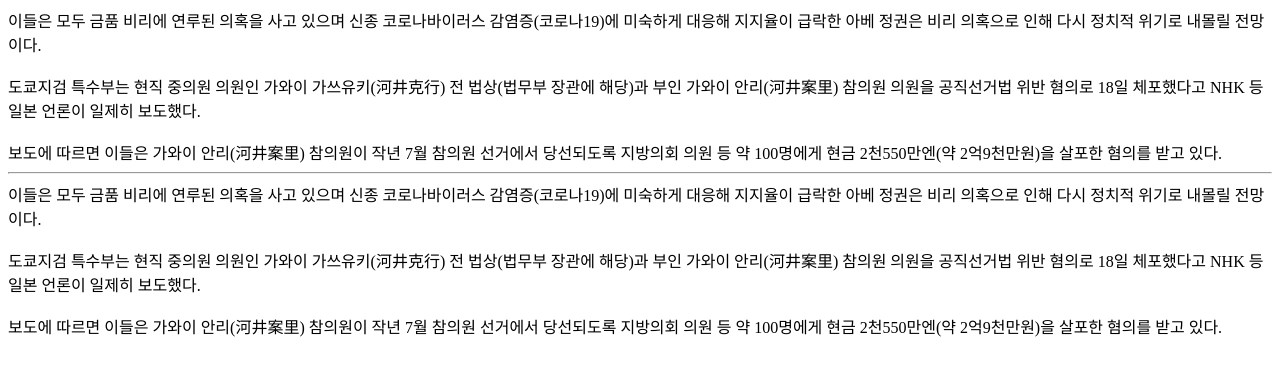
Repository: ssj5037/Class-Study
Page: [5] HTML, CSS, JavaScript/ClientTest/WebContent/Ex06_p.html
The author's editor kept a copy of each file at every save. The page is drawn from the files as they stood at one save, then again after the next save.
The browser window is 1280 px wide. The pictures show the whole page.

Above is the page before, as saved 2020-06-18 08:12:40.

### [5] HTML, CSS, JavaScript/ClientTest/WebContent/Ex06_p.html
<!DOCTYPE html>
<html>
<head>
<meta charset="UTF-8">
<title>Insert title here</title>
</head>
<body>
	<!--

		Ex06_p.html

		<p> 태그
		- 문단 태그
		- 텍스트 집합 생성


	-->


이들은 모두 금품 비리에 연루된 의혹을 사고 있으며 신종 코로나바이러스 감염증(코로나19)에 미숙하게 대응해
지지율이 급락한 아베 정권은 비리 의혹으로 인해 다시 정치적 위기로 내몰릴 전망이다.
<br><br>

도쿄지검 특수부는 현직 중의원 의원인 가와이 가쓰유키(河井克行) 전 법상(법무부 장관에 해당)과
부인 가와이 안리(河井案里) 참의원 의원을 공직선거법 위반 혐의로 18일 체포했다고 NHK 등 일본 언론이 일제히 보도했다.
<br><br>

보도에 따르면 이들은 가와이 안리(河井案里) 참의원이 작년 7월 참의원 선거에서 당선되도록 지방의회 의원 등
약 100명에게 현금 2천550만엔(약 2억9천만원)을 살포한 혐의를 받고 있다.

	<hr>

이들은 모두 금품 비리에 연루된 의혹을 사고 있으며 신종 코로나바이러스 감염증(코로나19)에 미숙하게 대응해
지지율이 급락한 아베 정권은 비리 의혹으로 인해 다시 정치적 위기로 내몰릴 전망이다.
<br><br>

도쿄지검 특수부는 현직 중의원 의원인 가와이 가쓰유키(河井克行) 전 법상(법무부 장관에 해당)과
부인 가와이 안리(河井案里) 참의원 의원을 공직선거법 위반 혐의로 18일 체포했다고 NHK 등 일본 언론이 일제히 보도했다.
<br><br>

보도에 따르면 이들은 가와이 안리(河井案里) 참의원이 작년 7월 참의원 선거에서 당선되도록 지방의회 의원 등
약 100명에게 현금 2천550만엔(약 2억9천만원)을 살포한 혐의를 받고 있다.

</body>
</html>

After the next save:
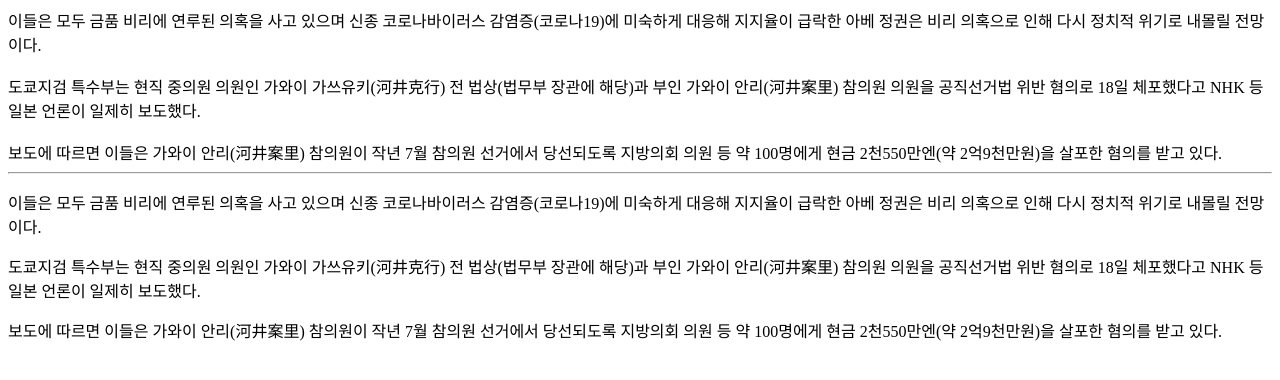
Saved 43 s later.
--- a/[5] HTML, CSS, JavaScript/ClientTest/WebContent/Ex06_p.html
+++ b/[5] HTML, CSS, JavaScript/ClientTest/WebContent/Ex06_p.html
@@ -17,29 +17,29 @@
 	-->
 
 
-이들은 모두 금품 비리에 연루된 의혹을 사고 있으며 신종 코로나바이러스 감염증(코로나19)에 미숙하게 대응해
-지지율이 급락한 아베 정권은 비리 의혹으로 인해 다시 정치적 위기로 내몰릴 전망이다.
-<br><br>
+	이들은 모두 금품 비리에 연루된 의혹을 사고 있으며 신종 코로나바이러스 감염증(코로나19)에 미숙하게 대응해
+	지지율이 급락한 아베 정권은 비리 의혹으로 인해 다시 정치적 위기로 내몰릴 전망이다.
+	<br><br>
 
-도쿄지검 특수부는 현직 중의원 의원인 가와이 가쓰유키(河井克行) 전 법상(법무부 장관에 해당)과
-부인 가와이 안리(河井案里) 참의원 의원을 공직선거법 위반 혐의로 18일 체포했다고 NHK 등 일본 언론이 일제히 보도했다.
-<br><br>
+	도쿄지검 특수부는 현직 중의원 의원인 가와이 가쓰유키(河井克行) 전 법상(법무부 장관에 해당)과
+	부인 가와이 안리(河井案里) 참의원 의원을 공직선거법 위반 혐의로 18일 체포했다고 NHK 등 일본 언론이 일제히 보도했다.
+	<br><br>
 
-보도에 따르면 이들은 가와이 안리(河井案里) 참의원이 작년 7월 참의원 선거에서 당선되도록 지방의회 의원 등
-약 100명에게 현금 2천550만엔(약 2억9천만원)을 살포한 혐의를 받고 있다.
+	보도에 따르면 이들은 가와이 안리(河井案里) 참의원이 작년 7월 참의원 선거에서 당선되도록 지방의회 의원 등
+	약 100명에게 현금 2천550만엔(약 2억9천만원)을 살포한 혐의를 받고 있다.
 
 	<hr>
 
-이들은 모두 금품 비리에 연루된 의혹을 사고 있으며 신종 코로나바이러스 감염증(코로나19)에 미숙하게 대응해
-지지율이 급락한 아베 정권은 비리 의혹으로 인해 다시 정치적 위기로 내몰릴 전망이다.
-<br><br>
+	<p>이들은 모두 금품 비리에 연루된 의혹을 사고 있으며 신종 코로나바이러스 감염증(코로나19)에 미숙하게 대응해
+	지지율이 급락한 아베 정권은 비리 의혹으로 인해 다시 정치적 위기로 내몰릴 전망이다.</p>
 
-도쿄지검 특수부는 현직 중의원 의원인 가와이 가쓰유키(河井克行) 전 법상(법무부 장관에 해당)과
-부인 가와이 안리(河井案里) 참의원 의원을 공직선거법 위반 혐의로 18일 체포했다고 NHK 등 일본 언론이 일제히 보도했다.
-<br><br>
 
-보도에 따르면 이들은 가와이 안리(河井案里) 참의원이 작년 7월 참의원 선거에서 당선되도록 지방의회 의원 등
-약 100명에게 현금 2천550만엔(약 2억9천만원)을 살포한 혐의를 받고 있다.
+	<p>도쿄지검 특수부는 현직 중의원 의원인 가와이 가쓰유키(河井克行) 전 법상(법무부 장관에 해당)과
+	부인 가와이 안리(河井案里) 참의원 의원을 공직선거법 위반 혐의로 18일 체포했다고 NHK 등 일본 언론이 일제히 보도했다.</p>
+
+
+	<p>보도에 따르면 이들은 가와이 안리(河井案里) 참의원이 작년 7월 참의원 선거에서 당선되도록 지방의회 의원 등
+	약 100명에게 현금 2천550만엔(약 2억9천만원)을 살포한 혐의를 받고 있다.</p>
 
 </body>
 </html>
